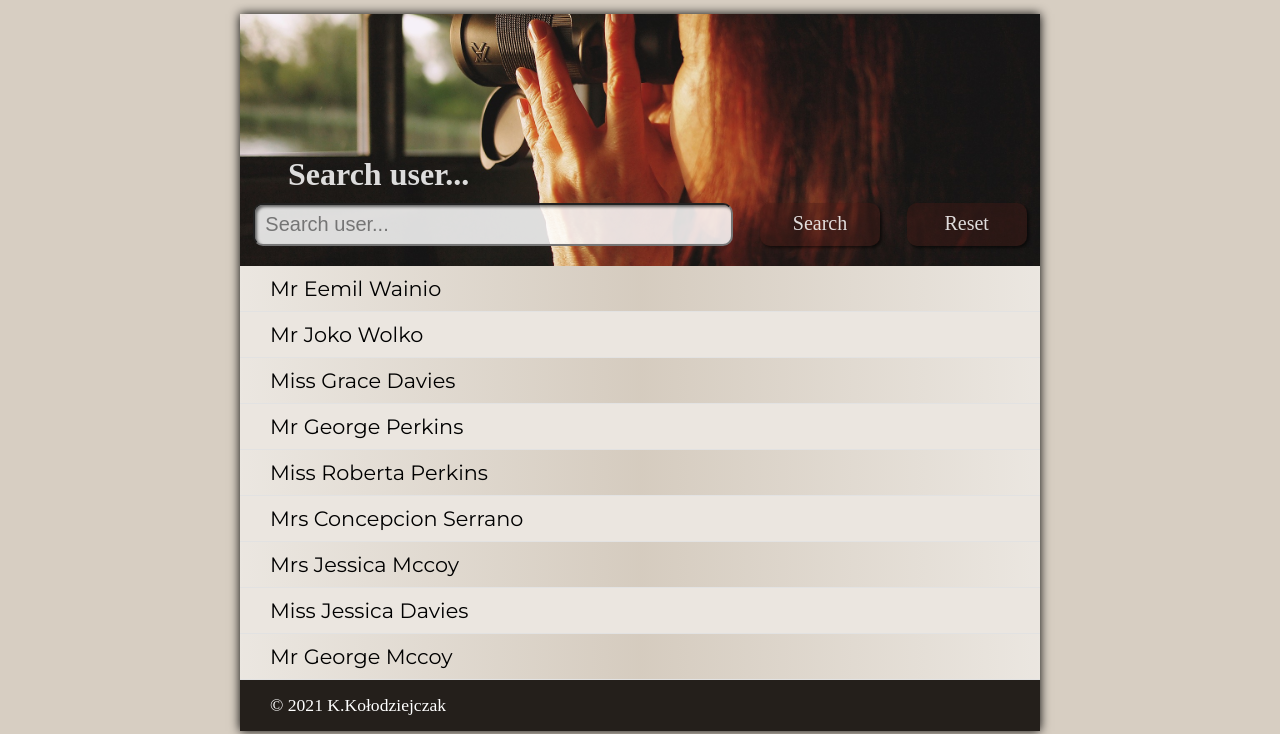
Repository: KrzysKolo/sr_tydzien5_zad4
Page: /
An editor plug-in stored every save of this project. The page is shown before and after the next save, followed by the edit.
The browser window is 1280 px wide. The pictures show the whole page.
Some web fonts or font styles are not loaded; a fallback is used. The project was rebuilt for these pictures with package versions that can differ from the ones it lists, and the page was loaded fresh each time. Also part of the build but not shown: src/components/userContainerComponents/Error.js.

Above is the page before, as saved 2021-01-07 05:39:28.

### public/index.html
<!DOCTYPE html>
<html lang="en">
  <head>
    <meta charset="utf-8" />
    <link rel="icon" href="%PUBLIC_URL%/favicon.ico" />
    <meta name="viewport" content="width=device-width, initial-scale=1" />
    <meta name="theme-color" content="#000000" />
    <meta
      name="description"
      content="Web site created using create-react-app"
    />
    <link rel="apple-touch-icon" href="%PUBLIC_URL%/logo192.png" />
    <!--
      manifest.json provides metadata used when your web app is installed on a
      user's mobile device or desktop. See https://developers.google.com/web/fundamentals/web-app-manifest/
    -->
    <link rel="manifest" href="%PUBLIC_URL%/manifest.json" />
    <!--
      Notice the use of %PUBLIC_URL% in the tags above.
      It will be replaced with the URL of the `public` folder during the build.
      Only files inside the `public` folder can be referenced from the HTML.

      Unlike "/favicon.ico" or "favicon.ico", "%PUBLIC_URL%/favicon.ico" will
      work correctly both with client-side routing and a non-root public URL.
      Learn how to configure a non-root public URL by running `npm run build`.
    -->
    <link rel="preconnect" href="https://fonts.gstatic.com">
<link href="https://fonts.googleapis.com/css2?family=Finger+Paint&family=Montserrat&family=Over+the+Rainbow&family=Peralta&display=swap" rel="stylesheet">
    <title>User search</title>
  </head>
  <body>
    <noscript>You need to enable JavaScript to run this app.</noscript>
    <div id="root"></div>
    <!--
      This HTML file is a template.
      If you open it directly in the browser, you will see an empty page.

      You can add webfonts, meta tags, or analytics to this file.
      The build step will place the bundled scripts into the <body> tag.

      To begin the development, run `npm start` or `yarn start`.
      To create a production bundle, use `npm run build` or `yarn build`.
    -->
  </body>
</html>

### src/App.js
import React from 'react';
import UsersContainer from './components/UsersContainer';
import UserContextProvider from './contexts/UserContext';
import './App.css';


const App = () => {

  return (
    <UserContextProvider>
      <UsersContainer/>
    </UserContextProvider>
  )
}

export default App;

### src/components/UsersContainer.js
import React, { useContext } from 'react';
import { UserContext } from './../contexts/UserContext';
import UserList from './userComponents/UserList';
import { Header, Error, Footer } from './userContainerComponents/';

const UsersContainer = () => {
  const { isErr } = useContext(UserContext);
  return (
    <section>
      <Header />
      { isErr && <Error props={isErr}/>}
      <UserList />
      <Footer />
    </section>
  )
}

export default UsersContainer;

### src/contexts/UserContext.js
import React, { createContext, useState, useEffect } from 'react';

export const UserContext = createContext();

const UserContextProvider = (props) => {

  const UsersAPI = '/users.json';
	const [users, setUsers ] = useState([]);
	const [filteredUsers, setFilteredUsers] = useState([]);
	const [searchValue, setSearchValue] = useState("");
	const [isLoading, setIsLoading] = useState(true);
	const [isErr, setIsErr] = useState(false);

	useEffect(() => {
    getUsers();
  }, []);

  const getUsers = () => {
    let timer = setTimeout(() => {
      fetch(UsersAPI)
      .then(res => {
        if (res.ok) {
        return res;
        }
        throw Error(res.status);
        })
      .then(res => res.json())
      .then(data => {
        console.log(data.users);
        setUsers(data.users);
        setIsLoading(false);
        clearTimeout(timer);
      })
      .catch(error => setIsErr(`The problem is with: ${error}`));
    }, 500);
	};

	useEffect(() => {
    if (searchValue.trim() === "") {
      setFilteredUsers(users);
      return;
    }
    setFilteredUsers(
      (users.filter((user) =>
        user.firstname.toLowerCase().includes(searchValue.trim())
			) ) &&
			(users.filter((user) =>
			user.lastname.toLowerCase().includes(searchValue.trim()))
		)
    );
  }, [searchValue, users]);
	return (
		<UserContext.Provider value= {{users, filteredUsers, isLoading, setIsErr, isErr, searchValue, setSearchValue}} >
			{ props.children }
		</UserContext.Provider>
	)

}
export default UserContextProvider;

### src/App.css
* {
  box-sizing: border-box;
  padding: 0;
  margin: 0;
}
body {
  height: 100vh;
  width: 100vw;
  background-color: rgba(206, 194, 179, 0.8);
}
section {
  margin: 2vh auto;
  width: 70%;
  max-width: 800px;
  display: flex;
  flex-direction: column;
  box-shadow: 0 0 10px #000;
}
.header__section {
  height: 35vh;
  background-image: url("./images/girl.jpg");
  background-position: center;
  background-size: cover;
  display: flex;
  flex-direction: column;
  justify-content: flex-end;
}
.header__title {
  font-size: 2rem;
  font-family: "Peralta", cursive;
  margin: 0 auto 10px 3rem;
  color: rgba(255, 255, 255, 0.85);
}
.header__search-wrapper {
  width: 100%;
  margin-bottom: 20px;
  display: flex;
  justify-content: space-around;
}
.header__search {
  padding: 8px 10px;
  width: 60%;
  border-radius: 10px;
  background-color: rgba(255, 255, 255, 0.85);
  box-shadow: inset 2px 2px 3px 0px rgba(0, 0, 0, 0.55);
  font-size: 20px;
}
.header__search-btn {
  background: rgba(71, 26, 20, 0.4);
  color: rgba(255, 255, 255, 0.85);
  width: 15%;
  border-radius: 10px;
  box-shadow: 2px 2px 3px 0px rgba(0, 0, 0, 0.55);
  font-size: 20px;
  text-align: center;
  line-height: 40px;
  transition: 0.2s all ease;
  cursor: pointer;
}
.header__search-btn:hover {
  background: rgba(65, 28, 24, 1);
}
.user {
  font-size: 1.3rem;
  font-family: "Montserrat", sans-serif;
  padding: 10px 30px;
  list-style: none;
  border-bottom: 1px solid rgb(226, 226, 226);
  background-color: rgba(255, 255, 255, 0.5);
}
.user:nth-child(odd) {
  background: linear-gradient(
    90deg,
    rgba(255, 255, 255, 0.5) 0%,
    rgba(206, 194, 179, 0.2) 50%,
    rgba(255, 255, 255, 0.5) 100%
  );
}
.footer__wrapper {
  background-color: rgb(36, 31, 27);
  color: white;
  font-size: 1.1rem;
  padding: 10px 30px;
  width: 100%;
  height: 7vh;
  display: flex;
  align-items: center;
}
.error {
  color: rgb(195, 1, 4);
  padding: 10px;
  text-align: center;
  font-size: 1.2rem;
}

### src/components/userComponents/UserList.js
import React, { useContext } from 'react';
import { UserContext } from './../../contexts/UserContext';
import UserDetails from './UserDetails';
import Loading from './../userContainerComponents/Loading';

const UserList = () => {
  const { filteredUsers, isLoading } = useContext(UserContext);
  const user = filteredUsers.map(user => {
        return <UserDetails key={user.id} user={user} />
    })
  return isLoading ? <Loading /> :(
    <ul>
      {user}
    </ul>
  )
}

export default UserList;

### src/components/userContainerComponents/index.js
export { default as Footer } from './Footer';
export { default as Header } from './Header';
export { default as Error } from './Error';
export { default as Loading } from './Loading';

### src/components/userComponents/UserDetails.js
import React from 'react';

const UserDetails = ({ user }) => {
  return (
		<li className="user">
			{user.title} {user.firstname} {user.lastname}
    </li>
    )
}

export default UserDetails;

### src/components/userContainerComponents/Loading.js
import React from 'react';
import spinner from './../../images/spinner.gif'
const Loading = () => {
    return (
        <img src={spinner} style={{width: 200, margin: 'auto', display: 'block'}} alt="Loading"/>
     );
}

export default Loading;

### src/components/userContainerComponents/Footer.js
import React from 'react';

const Footer = () => {
    return (
        <div className="footer__wrapper">
           © 2021 K.Kołodziejczak
        </div>
    )
}

export default Footer;

### src/components/userContainerComponents/Header.js
import React from 'react';
import { UserFormSearch } from './../searchComponents/';

const Header = () => {

   return (
    <div className="header__section">
      <h1 className="header__title">Search user...</h1>
      <UserFormSearch />
    </div>
    )
}

export default Header;

### src/components/searchComponents/index.js
export { default as UserFormSearch } from './UserFormSearch';

### src/components/searchComponents/UserFormSearch.js
import React, {useContext, useState} from 'react';
import { UserContext } from './../../contexts/UserContext';
import { Button, Input } from './../formComponents/';

const UserFormSearch = () => {

	const { setIsErr, searchValue, setSearchValue, isLoading } = useContext(UserContext);
  const [value, setValue] = useState("");

	const handleChange = (e) => {
		setValue(e.target.value.toLowerCase());
		console.log(value);
		};

	const handleSubmit = (e) => {
		e.preventDefault();
		if (value === "") {
			setIsErr("Enter your first or last name!")
		} else {
      setSearchValue(value);
      console.log(value);
      setIsErr('');
      console.log(`send ${value}`);
    };
	};

	const handleReset = () => {
		/* resetUsers(); */
		console.log("reset");
    setSearchValue('');
    setIsErr('');
  };

  return (

  	<form className="header__search-wrapper" onSubmit={handleSubmit}>
      <Input type="text" value={searchValue} onChange={handleChange} require  />
      <Button values="Search" onClick={handleSubmit} />
      <Button values="Reset" onClick={handleReset} />
    </form>
  )
}

export default UserFormSearch;

### src/components/formComponents/index.js
export { default as Button} from './Button';
export { default as Input } from './Input';

### src/components/formComponents/Button.js
import React from 'react';

const Button = ({ values, onClick }) => {
    return (
        <div className="header__search-btn" onClick={onClick}>
            {values}
        </div>
    )
}

export default Button;

### src/components/formComponents/Input.js
import React from 'react';

const Input = ({ type, searchValue, onChange }) => {
    return (
        <>
          <input className="header__search" type={type} value={searchValue} onChange={onChange} placeholder="Search user..." />
        </>
    )
}

export default Input;

### public/users.json
{
    "users": [
      {
        "id": 1,
        "title": "Mr",
        "firstname": "Eemil",
        "lastname": "Wainio"
       },
      {
        "id": 2,
        "title": "Mr",
        "firstname": "Joko",
        "lastname": "Wolko"
      },
      {
        "id": 3,
        "title": "Miss",
        "firstname": "Grace",
        "lastname": "Davies"
      },
      {
        "id": 4,
        "title": "Mr ",
        "firstname": "George ",
        "lastname": "Perkins"
      },
      {
        "id": 5,
        "title": "Miss",
        "firstname": "Roberta ",
        "lastname": "Perkins"
      },
      {
        "id": 6,
        "title": "Mrs ",
        "firstname": "Concepcion ",
        "lastname": "Serrano"
      },
      {
        "id": 7,
        "title": "Mrs ",
        "firstname": "Jessica ",
        "lastname": "Mccoy"
      },
      {
        "id": 8,
        "title": "Miss",
        "firstname": "Jessica",
        "lastname": "Davies"
      },
      {
        "id": 9,
        "title": "Mr",
        "firstname": "George",
        "lastname": "Mccoy"
      }
    ]
  }

Loaded but not shown: src/index.js (common file)

After the next save:
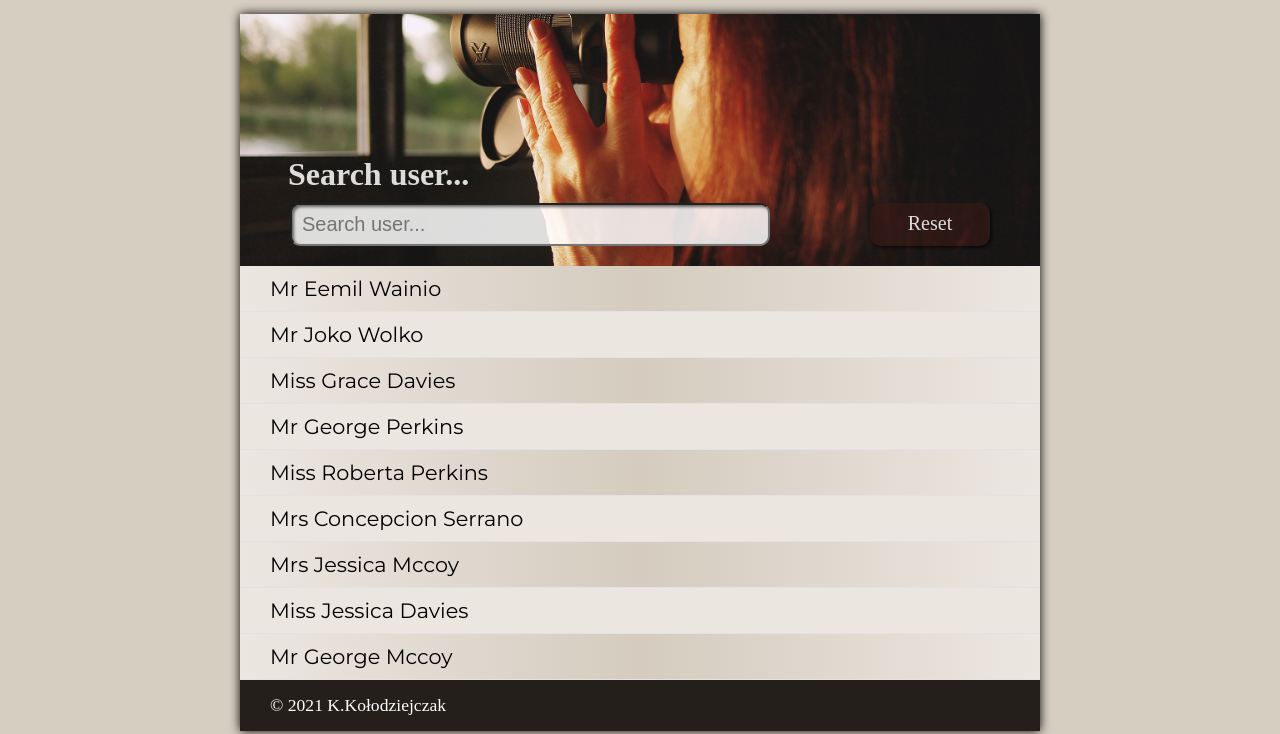
Saved 2 min 5 s later.
--- a/src/components/searchComponents/UserFormSearch.js
+++ b/src/components/searchComponents/UserFormSearch.js
@@ -35,7 +35,6 @@ const UserFormSearch = () => {
 
   	<form className="header__search-wrapper" onSubmit={handleSubmit}>
       <Input type="text" value={searchValue} onChange={handleChange} require  />
-      <Button values="Search" onClick={handleSubmit} />
       <Button values="Reset" onClick={handleReset} />
     </form>
   )
